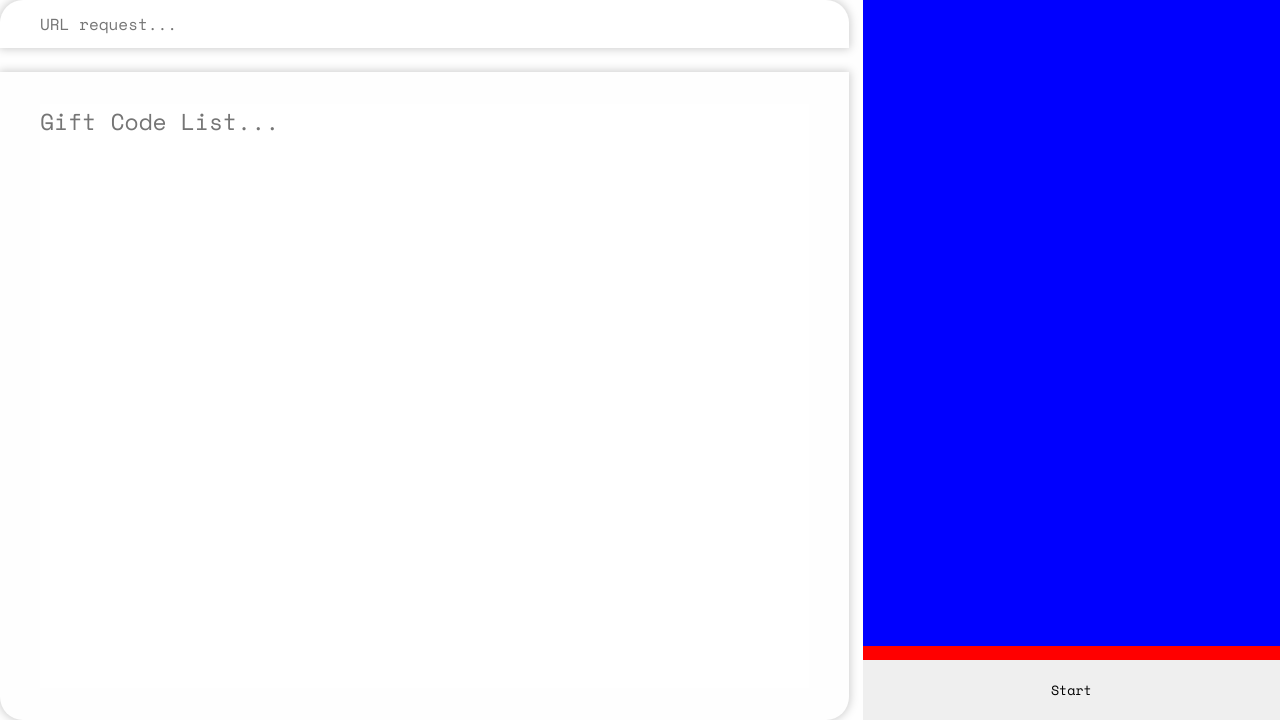
Repository: 777hanh777hanh/test
Page: index.html
The author's editor kept a copy of each file at every save. The page is drawn from the files as they stood at one save, then again after the next save.
The browser window is 1280 px wide. The pictures show the whole page.

Above is the page before, as saved 2023-06-30 17:27:05.

After the next save:
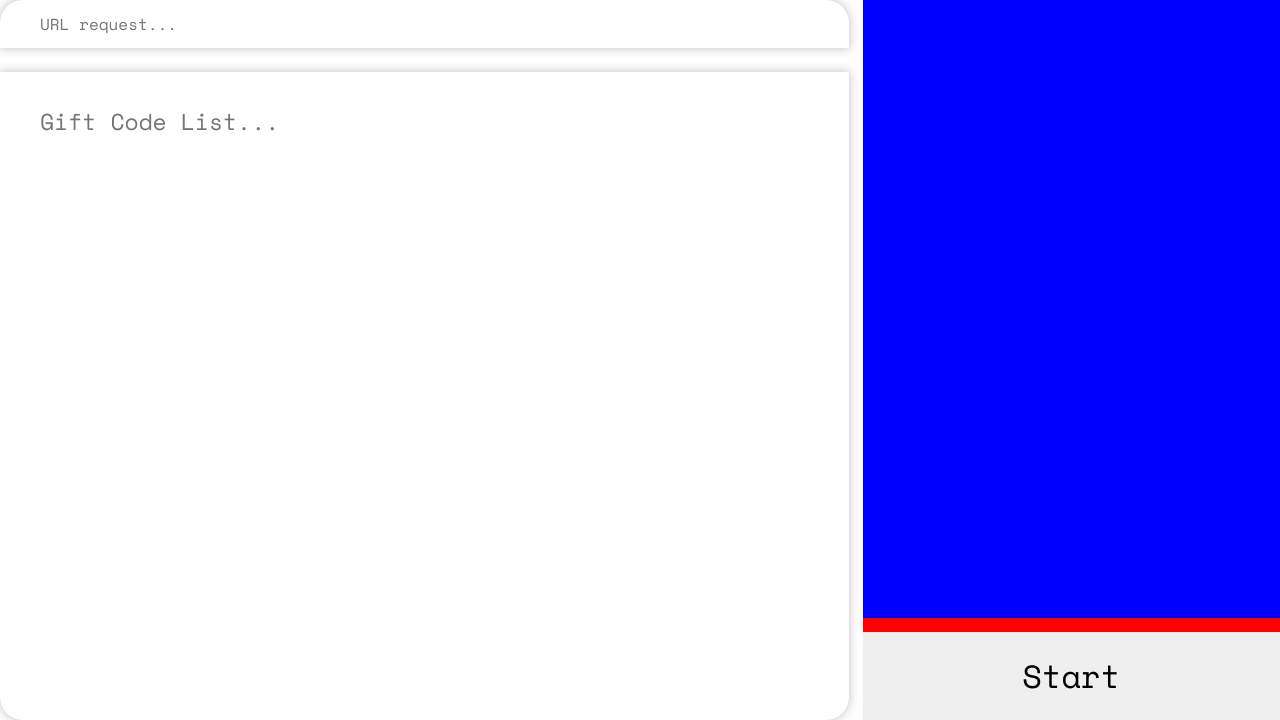
Saved 8 s later.
--- a/assets/css/style.css
+++ b/assets/css/style.css
@@ -95,4 +95,5 @@ html *::-webkit-scrollbar-track {
 
 .btn {
     padding: 20px;
+    font-size: 3.2rem;
 }
